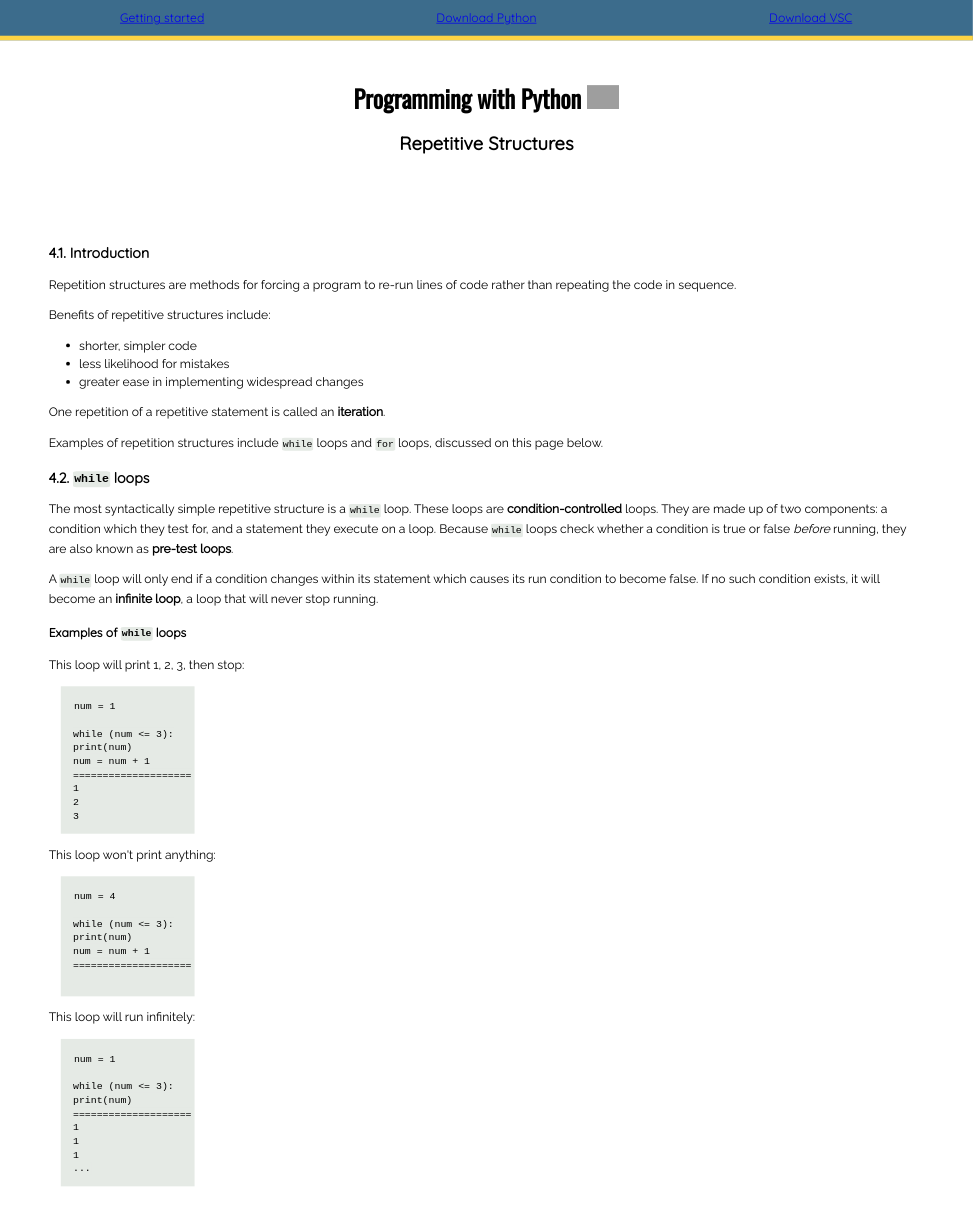
Repository: emnharris/FreeCodeCampChallenges
Page: responsive-web-design/technical-documentation-page/python-tutorial.html
The author's editor kept a copy of each file at every save. The page is drawn from the files as they stood at one save, then again after the next save.
The browser window is 1280 px wide. The pictures show the whole page, at 76% of full size.
Pictures or frames that could not be fetched are drawn as grey boxes.

Above is the page before, as saved 2020-04-16 18:24:08.

After the next save:
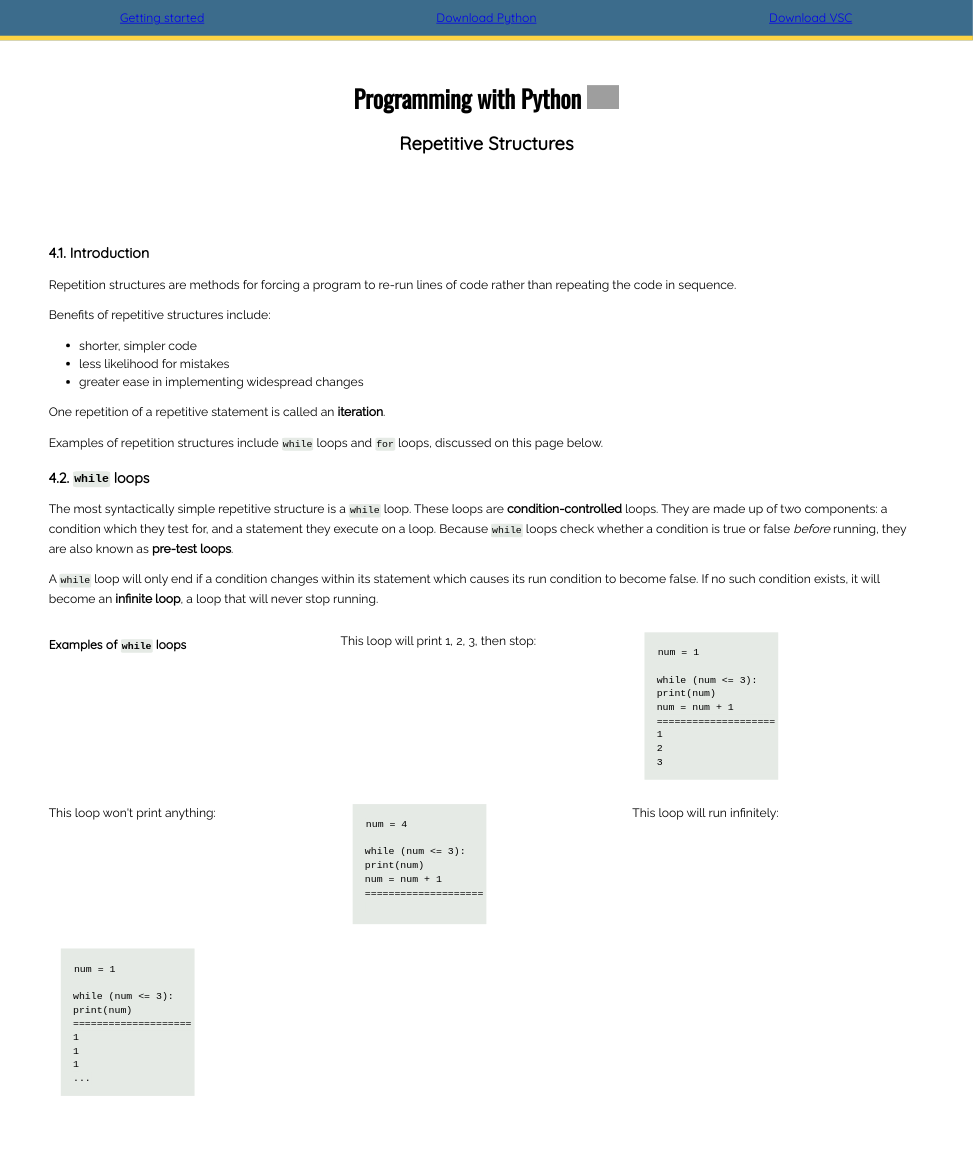
Saved 47 s later.
--- a/responsive-web-design/technical-documentation-page/python-tutorial.css
+++ b/responsive-web-design/technical-documentation-page/python-tutorial.css
@@ -71,3 +71,9 @@ header {
     height: 1em;
     width: auto;
 }
+
+#examples {
+    display: grid;
+    grid-template-columns: 1fr 1fr 1fr;
+
+}
